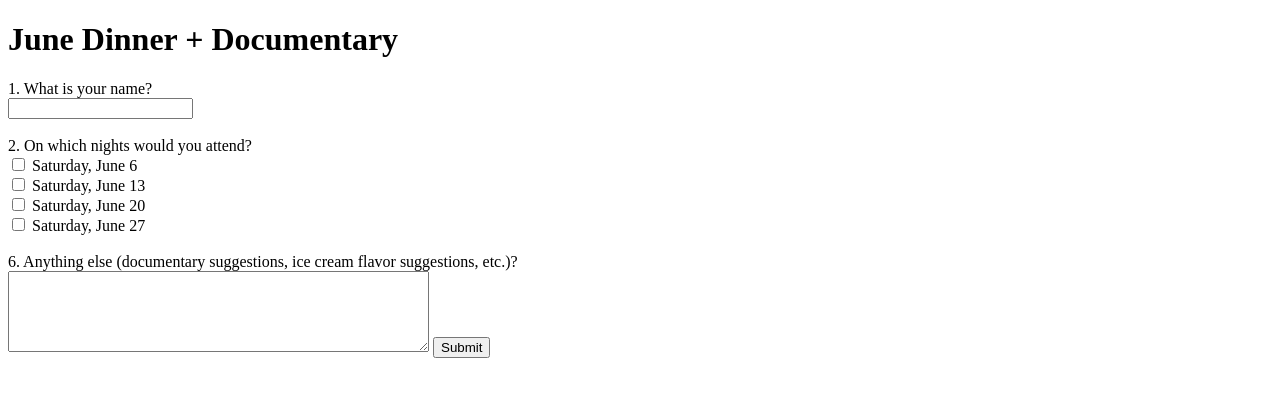
Repository: bhuhmann/event-survey
Page: survey.html
These files come from the project's save history. The page is drawn as it stood at one moment and after the next save; the edit follows.
The browser window is 1280 px wide. The pictures show the whole page.

Above is the page before, as saved 2020-03-31 20:04:06.

### survey.html
<!DOCTYPE html>
<html>
    <head>
        <title>June Dinner + Documentary</title>
    </head>
    <body>
        <h1>June Dinner + Documentary</h1>
        <!--TODO: form needs an action="" something, but I don't know how this works yet-->
        <form method="GET">
            <!--TODO: consider if further data validation would be useful-->
            <!--TODO: can I make automatic numbering happen so that I can easily reorder/add/remove questions?-->
            <!--TODO: make question font larger than answer font-->
            <label for="name">1. What is your name?</label>
            <br>
            <input id="name" type="text" name="name" required>
            <br>
            <br>
            <span>2. On which nights would you attend?</span>
            <br>
            <!--TODO: consider what date value should be for proper input into database-->
            <input id='dates' type="checkbox" name="dates" value="Saturday, June 6">
            <label for="dates">Saturday, June 6</label>
            <br>
            <input id='dates' type="checkbox" name="dates" value="Saturday, June 13">
            <label for="dates">Saturday, June 13</label>
            <br>
            <input id='dates' type="checkbox" name="dates" value="Saturday, June 20">
            <label for="dates">Saturday, June 20</label>
            <br>
            <input id='dates' type="checkbox" name="dates" value="Saturday, June 27">
            <label for="dates">Saturday, June 27</label>
            <br>
            <!--The idea for the ranked-choice options is to do a drag-and-drop implementation similar to what
            Survey Monkey has currently. Specifically, when a person drags and drops an item, the numbers of
            all the items get initially set. Similar to the current implementation, the idea is that people
            can also use a dropdown to select a specific rank for any particular item. However, we should have some
            check for / enforced agreement between manually set rank and drag-and-drop rank. Additionally,
            unlike the current Survey Monkey implementation, we should allow for ties (maybe?) and allow for
            unranked items. For the actual vote tallying, Kevin suggests Condorcet.-->
            <!--Please rank the films in order of preference. Maybe drag and drop, probably requires JS?-->
            <!--Please rank the main dishes in order of preference. Maybe drag and drop, probably requires JS?-->
            <!--Please rank the ice cream flavors in order of preference. Maybe drag and drop, probably requires JS?-->
            <br>
            <label for="anything">6. Anything else (documentary suggestions, ice cream flavor suggestions, etc.)?</label>
            <br>
            <textarea id="anything" name="free-response" rows=5 cols=50></textarea>
            <!--Submission button-->
            <input type="submit">
        </form>
    </body>
</html>

After the next save:
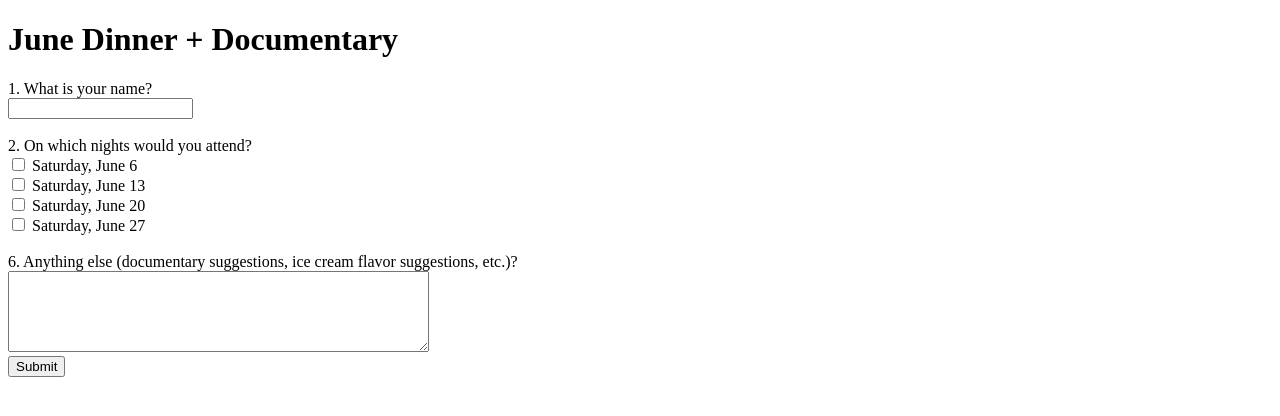
Saved 11 s later.
--- a/survey.html
+++ b/survey.html
@@ -44,7 +44,7 @@
             <label for="anything">6. Anything else (documentary suggestions, ice cream flavor suggestions, etc.)?</label>
             <br>
             <textarea id="anything" name="free-response" rows=5 cols=50></textarea>
-            <!--Submission button-->
+            <br>
             <input type="submit">
         </form>
     </body>
